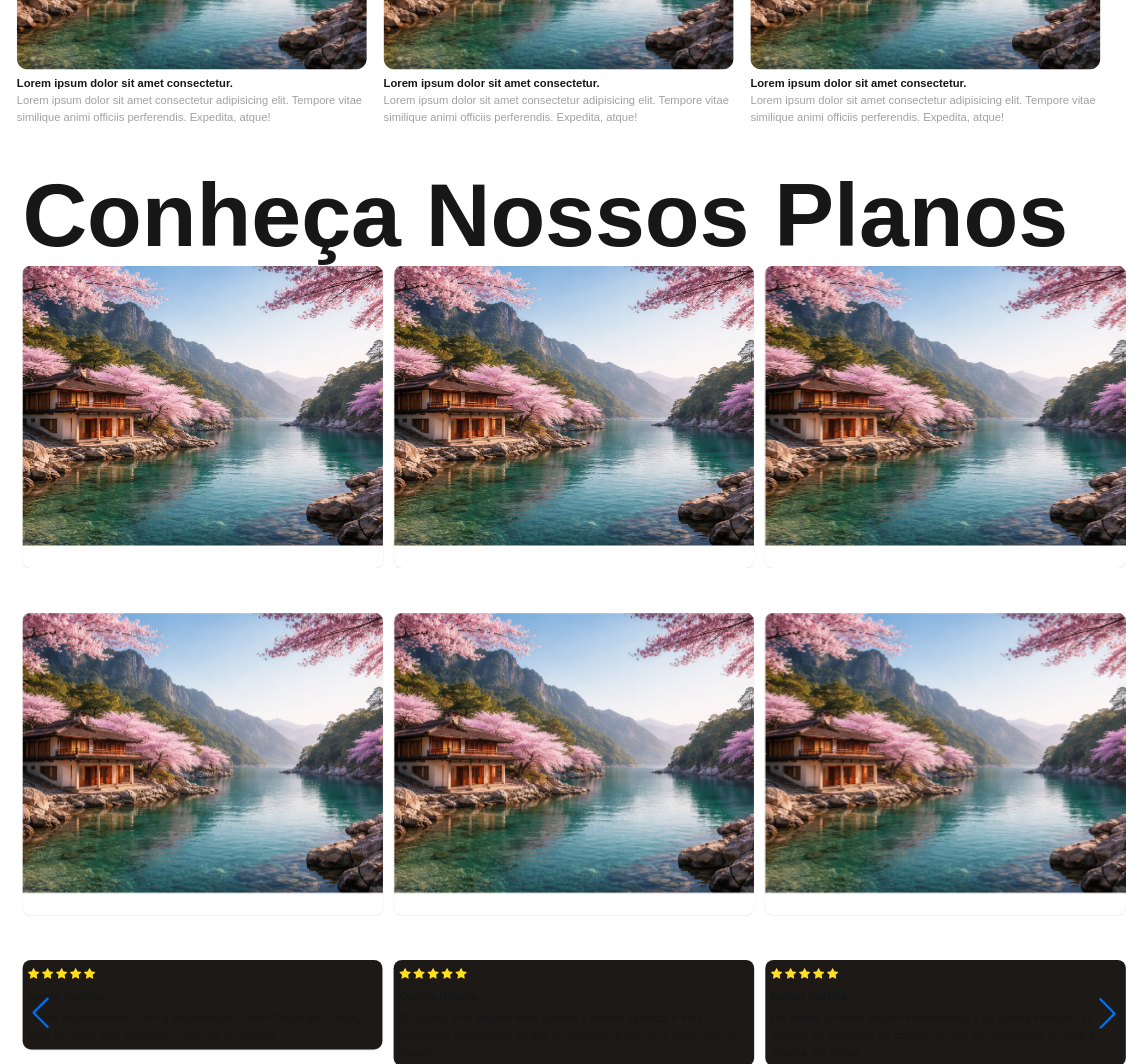
Repository: pedroantoniosi/tripicon-site
Page: /home
These files come from the project's save history. The page is drawn as it stood at one moment and after the next save; the edit follows.
The browser window is 1280 px wide. The page is 1640 px wide, so the pictures cover 1640 px, including what lies to the right of the window. The pictures show the part of the page from y = 1416 to 2936 px (the page is 2971 px tall before and 2903 px after), at 70% of full size.
The project was rebuilt for these pictures with package versions that can differ from the ones it lists, and the page was loaded fresh each time. The framework's server and built-in components were replaced by stand-ins that run in the browser. Also part of the build but not shown: next.config.ts.

Above is the page before, as saved 2026-04-01 20:42:24.

After the next save:
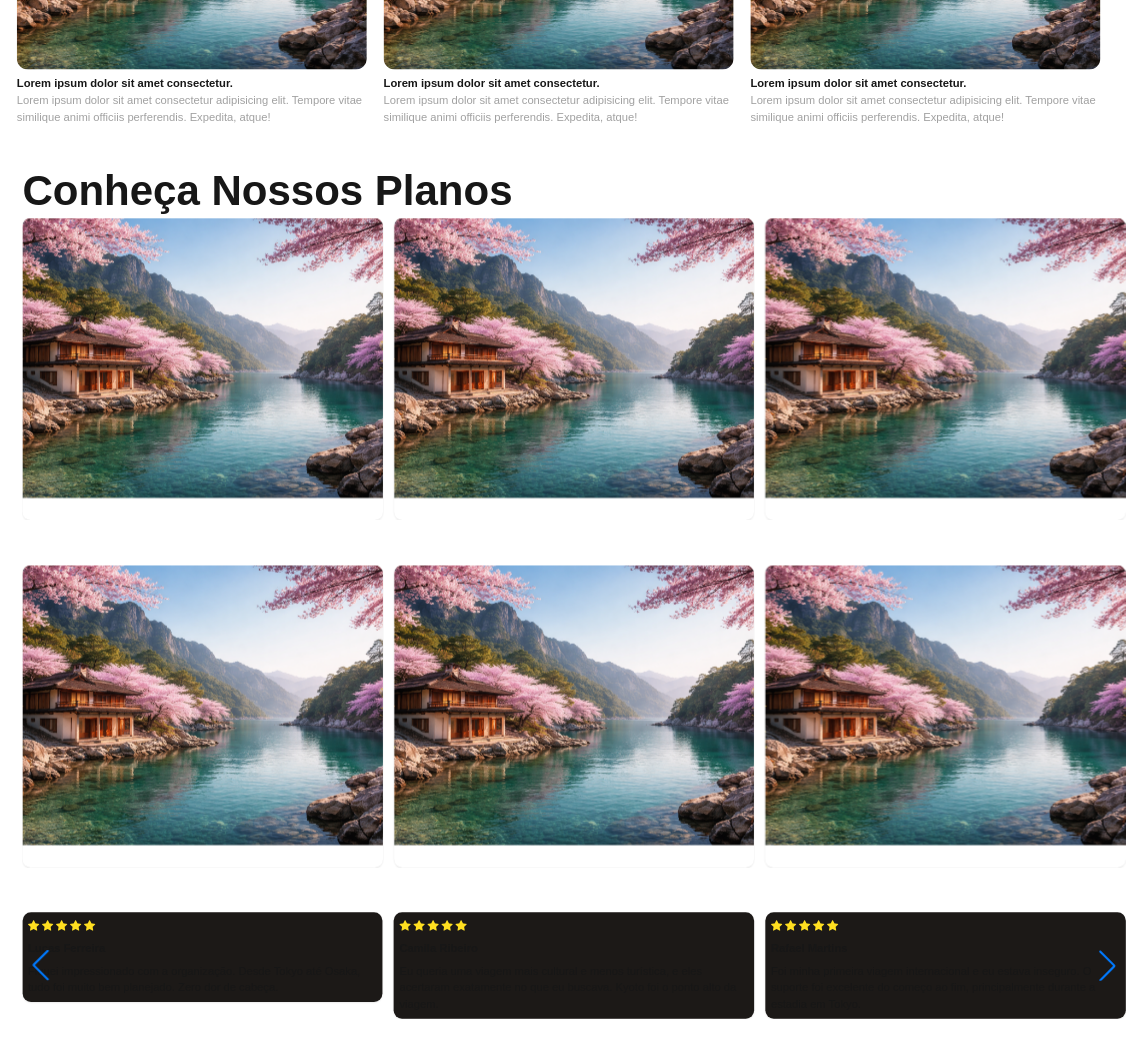
Saved 4 s later.
--- a/src/app/home/page.tsx
+++ b/src/app/home/page.tsx
@@ -85,7 +85,7 @@ export default function Home() {
 
         {/* Sessão de planos de viagens */}
         <section className="p-2 lg:p-8">
-          <h2 className="font-bold text-9xl py-2">Conheça Nossos Planos</h2>
+          <h2 className="font-bold text-6xl py-2">Conheça Nossos Planos</h2>
           <div>
             <Slider
               data={trips}
